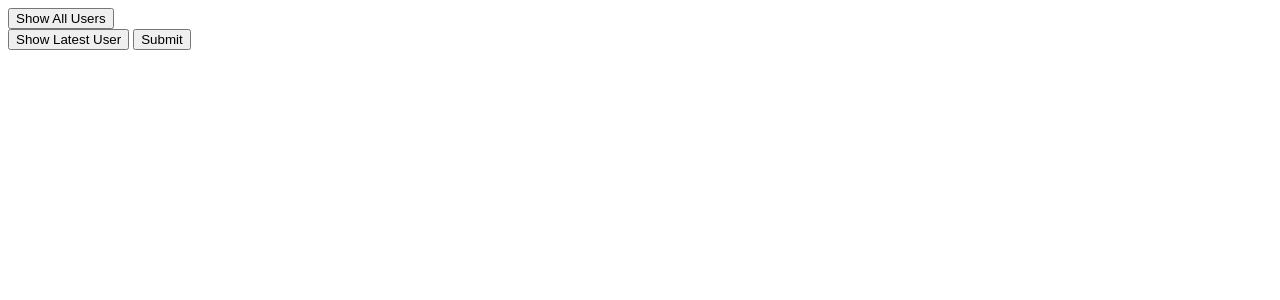
Repository: jnnbaran/DBManager
Page: http://localhost/DBServlet/
These files come from the project's save history. The page is drawn as it stood at one moment and after the next save; the edit follows.
The browser window is 1280 px wide. The pictures show the whole page.
The page is served by Tomcat 9. Other server files are loaded and not shown.

Above is the page before, as saved 2019-11-18 16:12:46.

### DBServlet/WebContent/query.jsp
<%@ page language="java" contentType="text/html; charset=ISO-8859-1"
    pageEncoding="ISO-8859-1"%>
<!DOCTYPE html PUBLIC "-//W3C//DTD HTML 4.01 Transitional//EN" "http://www.w3.org/TR/html4/loose.dtd">
<html>
<head>
<meta http-equiv="Content-Type" content="text/html; charset=ISO-8859-1">
<title>SQL query</title>
</head>
<body>
 <form name="queryForm" action="UsersServlet" method="post">

        <button name="query" cols="50" rows="10" form="queryForm" value = "select * from users"> Show All Users </button>
       <br/>
        <button name="query" cols="50" rows="10" form="queryForm" value = "select * from users WHERE id=max(id)"> Show Latest User </button>
        <input type="submit" value="Submit"/>

    </form>
</body>
</html>

After the next save:
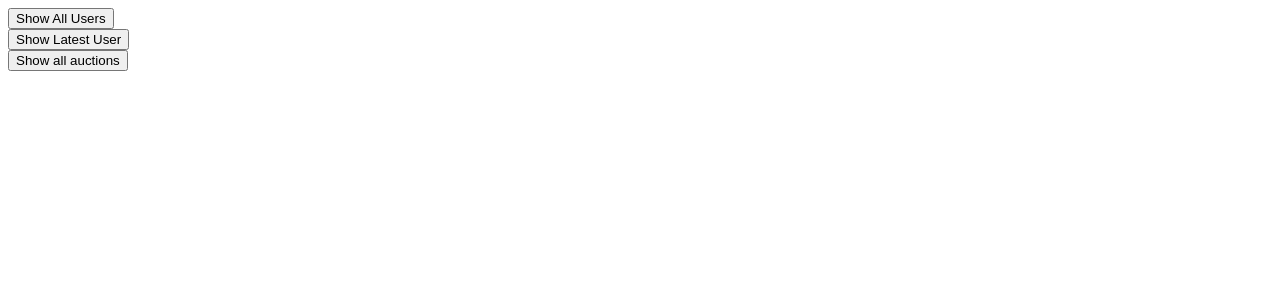
Saved 81 s later.
--- a/DBServlet/WebContent/query.jsp
+++ b/DBServlet/WebContent/query.jsp
@@ -12,7 +12,8 @@
         <button name="query" cols="50" rows="10" form="queryForm" value = "select * from users"> Show All Users </button>
        <br/>
         <button name="query" cols="50" rows="10" form="queryForm" value = "select * from users WHERE id=max(id)"> Show Latest User </button>
-        <input type="submit" value="Submit"/>
+   		<br/>
+        <button name="query" cols="50" rows="10" form="queryForm" value = "select * from AUCTIONSONLINE "> Show all auctions </button>
 
     </form>
 </body>
